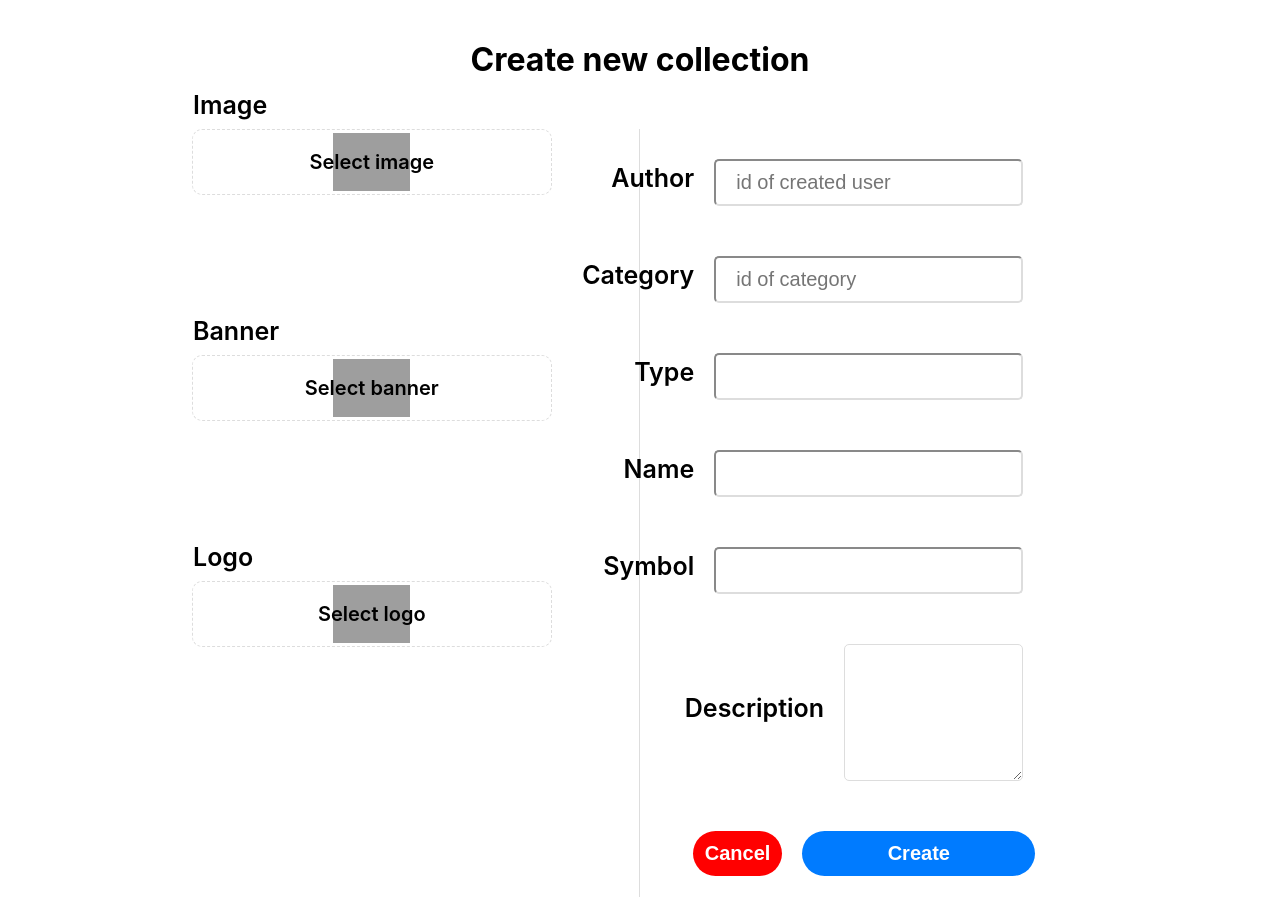
Repository: superHotBob/admin_nftillion
Page: /createcollection
The author's editor kept a copy of each file at every save. The page is drawn from the files as they stood at one save, then again after the next save.
The browser window is 1280 px wide. The pictures show the whole page.
Pictures or frames that could not be fetched are drawn as grey boxes. The project was rebuilt for these pictures with package versions that can differ from the ones it lists, and the page was loaded fresh each time. Also part of the build but not shown: src/components/Login/styles.scss, src/components/Login/index.js, src/components/NavPanel/styles.scss, src/components/NavPanel/index.js, src/components/Users/index.js, src/components/Collections/index.js, src/components/Preminted/styles.scss, src/components/Preminted/index.js.

Above is the page before, as saved 2022-04-27 10:06:59.

### src/index.js
import React from "react";
import ReactDOM from "react-dom/client";
import "./index.css";
import { BrowserRouter } from "react-router-dom";
import "./index.css";
import App from "./App";

import reportWebVitals from "./reportWebVitals";

const root = ReactDOM.createRoot(document.getElementById("root"));
root.render(
  <React.StrictMode>
    <BrowserRouter>
      <App />
    </BrowserRouter>
  </React.StrictMode>
);

// If you want to start measuring performance in your app, pass a function
// to log results (for example: reportWebVitals(console.log))
// or send to an analytics endpoint. Learn more: https://bit.ly/CRA-vitals
reportWebVitals();

### src/App.js
import * as React from "react";
import { Routes, Route } from "react-router-dom";
import { LogIn } from "./components/Login";
import { Users } from "./components/Users";
import './App.css';
import { Collections } from "./components/Collections";
import { Preminted } from "./components/Preminted";
import { Create } from "./components/CreateCollection";

function App() {
  return (
    <div className="App">
    <Routes>
        <Route path="/" element={<LogIn />} />
        <Route path="users" element={<Users />} />
        <Route path="collections" element={<Collections />} />
        <Route path="preminted" element={<Preminted />} />
        <Route path="createcollection" element={<Create />} />
      </Routes>
    </div>
  );
}

export default App;

### src/components/CreateCollection/index.js
import * as React from "react";
import axios from "axios";
import { Link } from "react-router-dom";

import "./styles.scss";

export const Create = () => {
  const [author, setAuthor] = React.useState("");
  const [category, setCategory] = React.useState("");
  const [type, setType] = React.useState("");
  const [nameCollection, setNameCollection] = React.useState("");
  const [symbol, setSymbol] = React.useState("");
  const [description, setDescription] = React.useState("");

  const [imageCollection, selectImageCollection] = React.useState();
  const [bannerCollection, selectBannerCollection] = React.useState();
  const [logoCollection, selectLogoCollection] = React.useState();

  const viewImage = async (event) => {
    let file = event.target.files[0];
    console.log(file);
    const reader = new FileReader();
    reader.onloadend = function () {
      selectImageCollection(reader.result);
    };
    reader.readAsDataURL(file);
  };
  const viewBanner = async (event) => {
    let file = event.target.files[0];
    console.log(file);
    const reader = new FileReader();
    reader.onloadend = function () {
      selectBannerCollection(reader.result);
    };
    reader.readAsDataURL(file);
  };
  const viewLogo = async (event) => {
    let file = event.target.files[0];
    console.log(file);
    const reader = new FileReader();
    reader.onloadend = function () {
      selectLogoCollection(reader.result);
    };
    reader.readAsDataURL(file);
  };
  function CreateCollection(event) {
    event.preventDefault();
    axios
      .post(
        "https://app.nftillion.io/admin/collection/create",
        {
          image: imageCollection,
          logo: logoCollection,
          banner: bannerCollection,
          author: Number(author),
          category: Number(category),
          type: Number(type),
          metadata: {
            name: nameCollection,
            symbol: symbol,
            description: description,
          },
        },
        {
          headers: {
            Authorization: `Bearer ${localStorage.getItem("accessToken")}`,
          },
        }
      )
      .then((res) => {
        console.log(res.data);
      });
  }
  return (
    <>
      <h1 className="header">Create new collection</h1>
      <div className="main_block_create">
        <div className="image_block">
          <form>
            <div
              className="image"
              style={{
                height: imageCollection ? "300px" : "auto",
                background: `url(${imageCollection}) center / auto 90% no-repeat`,
              }}
            >
              {imageCollection && (
                <img
                  src="/icon_close.png"
                  alt="close"
                  height={25}
                  width={25}
                  style={{ float: "right", margin: 10, cursor: "pointer" }}
                  onClick={() => selectImageCollection()}
                />
              )}
              {!imageCollection && (
                <label>
                  Select image
                  <input
                    type="file"
                    style={{ display: "none" }}
                    id="file"
                    name="file"
                    accept="image/png, image/gif, image/webp, image/jpeg, video/mp4,audio/mp3"
                    onChange={(e) => viewImage(e)}
                  />
                </label>
              )}
            </div>
            <div
              className="banner"
              style={{
                height: bannerCollection ? "300px" : "auto",
                background: `url(${bannerCollection}) center / auto 90% no-repeat`,
              }}
            >
              {" "}
              {bannerCollection && (
                <img
                  src="/icon_close.png"
                  alt="close"
                  height={25}
                  width={25}
                  style={{ float: "right", margin: 10, cursor: "pointer" }}
                  onClick={() => selectBannerCollection()}
                />
              )}
              {!bannerCollection && (
                <label>
                  Select banner
                  <input
                    type="file"
                    style={{ display: "none" }}
                    id="file"
                    name="file"
                    accept="image/png, image/gif, image/webp, image/jpeg, video/mp4,audio/mp3"
                    onChange={(e) => viewBanner(e)}
                  />
                </label>
              )}
            </div>
            <div
              className="logo"
              style={{
                height: logoCollection ? "50px" : "auto",
                background: `url(${logoCollection}) center / auto 90% no-repeat`,
              }}
            >
              {" "}
              {logoCollection && (
                <img
                  src="/icon_close.png"
                  alt="close"
                  height={25}
                  width={25}
                  style={{ float: "right", margin: 10, cursor: "pointer" }}
                  onClick={() => selectLogoCollection()}
                />
              )}
              {!logoCollection && (
                <label>
                  Select logo
                  <input
                    type="file"
                    style={{ display: "none" }}
                    id="file"
                    name="file"
                    accept="image/png, image/gif, image/webp, image/jpeg, video/mp4,audio/mp3"
                    onChange={(e) => viewLogo(e)}
                  />
                </label>
              )}
            </div>
          </form>
        </div>
        <div className="data_block">
          <form onSubmit={CreateCollection}>
            <label>
              Author
              <input
                type="text"
                pattern="[0-9]+"
                placeholder="id of created user"
                required
                value={author}
                onChange={(e) => setAuthor(e.target.value)}
              />
            </label>
            <label>
              Category
              <input
                type="text"
                required
                placeholder="id of category"
                pattern="[0-9]+"
                value={category}
                onChange={(e) => setCategory(e.target.value)}
              />
            </label>
            <label>
              Type
              <input
                type="text"
                pattern="[0-9]+"
                value={type}
                onChange={(e) => setType(e.target.value)}
              />
            </label>

            <label>
              Name
              <input
                type="text"
                value={nameCollection}
                onChange={(e) => setNameCollection(e.target.value)}
              />
            </label>
            <label>
              Symbol
              <input
                type="text"
                value={symbol}
                onChange={(e) => setSymbol(e.target.value)}
              />
            </label>
            <label>
              Description
              <textarea
                rows={5}
                value={description}
                onChange={(e) => setDescription(e.target.value)}
              />
            </label>

            <Link to='/preminted'>
              <button className="cancel">Cancel</button>
            </Link><button type="submit">Create</button>
          </form>
        </div>
      </div>
    </>
  );
};

### src/components/Users/styles.scss
.header {
  color: #000;
  padding: 20px 50px;
  margin: 0;
  border-bottom: 1px solid black;
  text-align: center;
  b {
    float: right;
    font-size: 16px;
    margin-top: 15px;
  }
}
header,
.data {
  display: flex;
  justify-content: space-around;
  font-size: 20px;
  span,
  label {
    width: 15%;
    display: inline-block;
  }
}
header {
  border-bottom: 1px solid black;
  font-size: 25px;
  font-weight: 600;
  padding: 20px 0;
}
.block_view {
  position: fixed;
  top: 20vh;
  padding: 20px;
  right: 40vw;
  width: 20vw;
  height: auto;
  transition: all 0.5s;
  background-color: #fff;
  box-shadow: 0 0px 8px 0px rgba(34, 60, 80, 0.2);
}
.block_hide {
  position: fixed;
  top: 20vh;
  transition: all 0.5s;
  right: 40vw;
  opacity: 0;
  overflow: hidden;
  width: 20vw;
  height: auto;
  background-color: #fff;
  box-shadow: 0 0px 8px 0px rgba(34, 60, 80, 0.2);
}
button {
  height: 45px;
  width: 65%;
  font-size: 20px;
  border-radius: 30px;
  cursor: pointer;
  font-weight: 600;
  color: #fff;
  border: none;
  outline: none;
}
button:first-of-type {
  background-color: red;
  width: 30%;
}
button:last-of-type {
  background-color: #007bff;
}
button:hover {
  opacity: 0.7;
  border-color: rgba(200, 255, 255, 1);
}
.block_button {
  display: flex;
  margin-top: 30px;
  justify-content: space-around;
}
.data_edit {
  span {
    display: block;
    font-size: 20px;
    margin: 20px;
  }
}
.header_edit {
  padding-bottom: 30px;
  font-size: 25px;
  border-bottom: 1px solid #000;
}

input[type="checkbox"] {
  width: 25px;
  height: 25px;
  margin: 0 20px;
}
textarea {
  width: 90%;
  padding: 10px 20px;
  outline: none;
  font-size: 20px;
  display: block;
}

b {
  font-size: 30px;
  margin: 0 10px 30px;
  display: block;
}

### src/components/Collections/styles.scss
.data {
    padding: 20px 0;
    margin: 0;
}
.data:hover {
    background-color: #c9c9c9;
    cursor: pointer;
}
.right_block_view {
    position: fixed;
    top: 0;
    padding: 20px;
    right: 0;
    width: 400px;
    height: 100vw;
    transition: all 0.5s;
    background-color: #fff;
    box-shadow: -7px 0px 8px 0px rgba(34, 60, 80, 0.2);
}
.right_block_hide {
    position: fixed;
    top: 0;
    transition: all 0.5s;
    right: -401px;
    width: 400px;
    height: 100vw;
    background-color: #fff;
    box-shadow: -7px 0px 8px 0px rgba(34, 60, 80, 0.2);
}
button {
    height: 45px;
    width: 65%;
    font-size: 20px;
    border-radius: 30px;
    cursor: pointer;
    font-weight: 600;
    color: #fff;
    border: none;
    outline: none;

}
button:first-of-type {
    background-color: red;
    width: 30%;
}
button:last-of-type {
    background-color: #007bff;
}
button:hover {
    opacity: 0.7;
    border-color: #f9f9ff;

}
.block_button {
    display: flex;
    margin-top: 30px;
    justify-content: space-around;
}
.data_edit {
    span {
        display: block;
        font-size: 18px;
        margin: 20px 0;
    }
}
.header_edit {
    padding-bottom:  30px;
    font-size: 25px;
    border-bottom: 1px solid #000;
}

input[type='checkbox'] {
    width: 25px;
    height: 25px;
    margin: 0 20px;
}

### src/components/CreateCollection/styles.scss
.main_block_create {
    display: flex;
    justify-content: space-between;
    width: 70vw;
    margin: 0 auto;

    .image_block {
        width: 50%;
        height: 60vh;
        .image,.banner, .logo {
            width: 80%;
            height: auto;
            border-radius: 10px;
            margin-bottom: 160px;
            border: 1px dashed #ddd;
            position: relative;
        }
        .image::before {
            content: 'Image';
            position: absolute;
            top: -40px;
            left: 0;
            font-size: 25px;
            font-weight: 600;

        }

        .logo::before {
            content: 'Logo';
            position: absolute;
            top: -40px;
            left: 0;
            font-size: 25px;
            font-weight: 600;

        }

        .banner::before {
            content: 'Banner';
            position: absolute;
            top: -40px;
            left: 0;
            font-size: 25px;
            font-weight: 600;

        }
        label {
            font-size: 20px;
            font-weight: 600;
            margin: 20px auto;
            width: 40%;
            display: block;
           cursor: pointer;
        }
    }
    .data_block {
        width: 50%;
        height: 60vw;
        border-left: 1px solid #ddd;
        label, legend {
            display: flex;
            justify-content: right;
            font-size: 25px;
            margin: 0 auto;
            padding: 20px;
            width: 80%;
            align-items: center;
            text-align: left;
            font-weight: 600;
            input, textarea {
                display: block;
                border-radius: 5px;
                padding: 10px 20px;
                border-color: #ddd;
                width: 300px;
                font-size: 20px;
                margin: 10px 20px 0;
                outline: none;
            }
        }
        button {
            width: 52%;
            margin-top: 30px;
        }
        .cancel {
            width: 20%;
            margin-right: 20px;
            background-color: red;
        }

    }
}
.header {
    margin: 20px 0 30px;
    border: none;
}

Loaded but not shown: public/index.html (common file); src/index.css (common file); src/reportWebVitals.js (common file); src/App.css (common file)

After the next save:
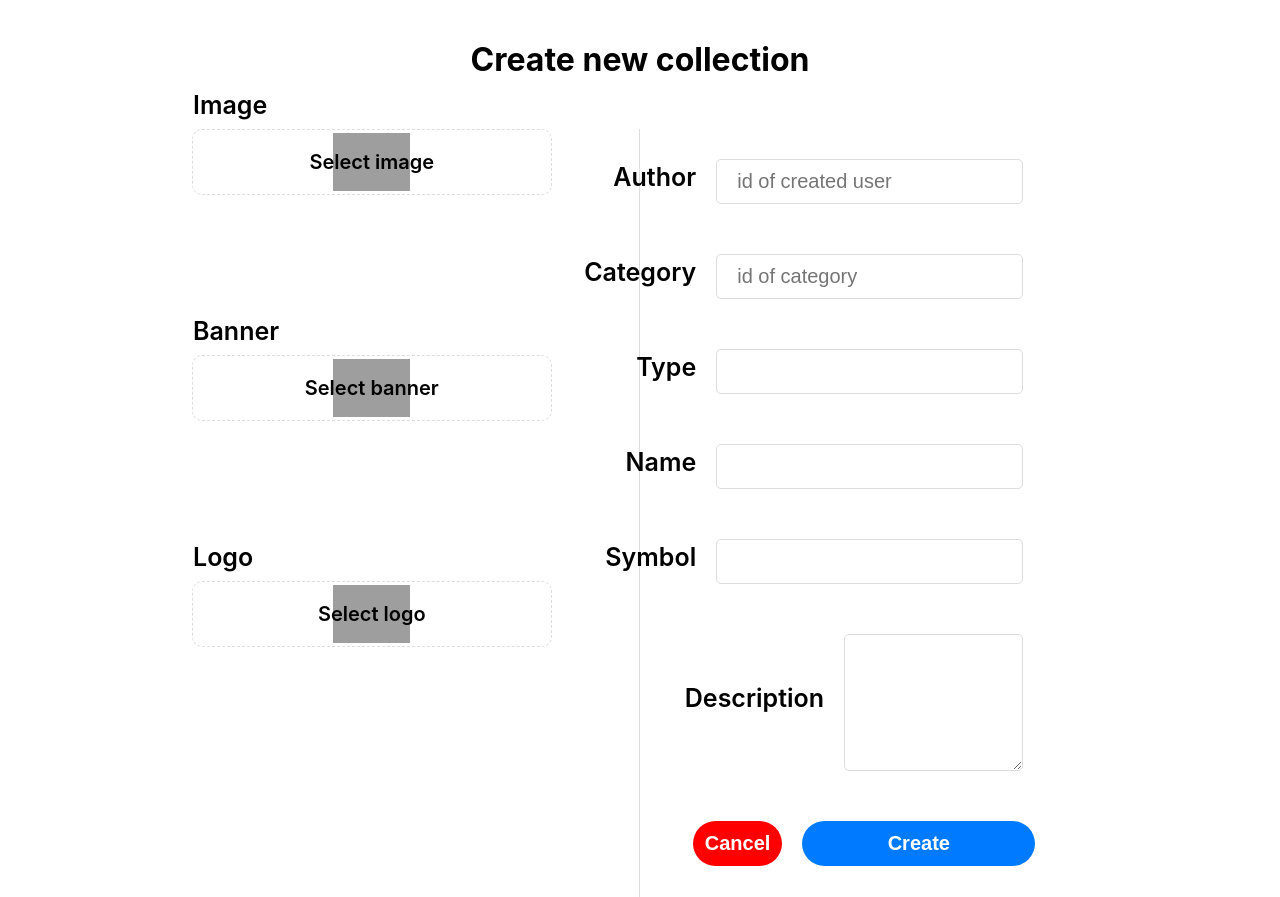
Saved 33 min 9 s later.
--- a/src/components/CreateCollection/styles.scss
+++ b/src/components/CreateCollection/styles.scss
@@ -71,7 +71,7 @@
                 display: block;
                 border-radius: 5px;
                 padding: 10px 20px;
-                border-color: #ddd;
+                border: 1px solid #ddd;
                 width: 300px;
                 font-size: 20px;
                 margin: 10px 20px 0;
